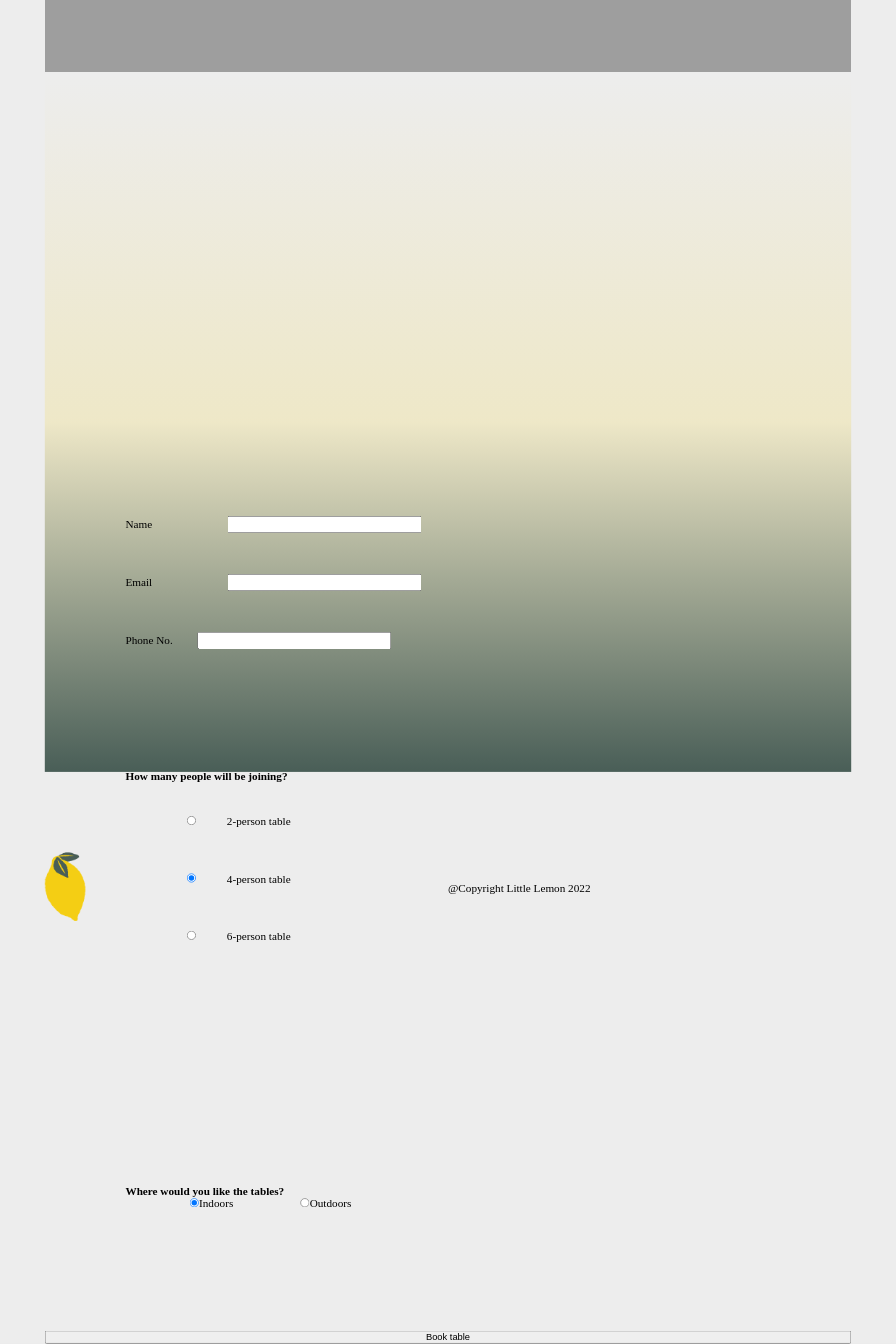
Repository: klone007/littleLemon
Page: index.html
An editor plug-in stored every save of this project. The page is shown before and after a run of saves, followed by the edit.
The browser window is 1280 px wide. The pictures show the part of the page from y = 2864 to 4784 px (the page is 4784 px tall), at 70% of full size.
Pictures or frames that could not be fetched are drawn as grey boxes. A picture or video elsewhere on the page could not be fetched, so the positions and the page height are approximate. Backgrounds fixed to the window are drawn as part of the page.

Above is the page before, as saved 2022-11-17 13:41:07.

After the next 3 saves:
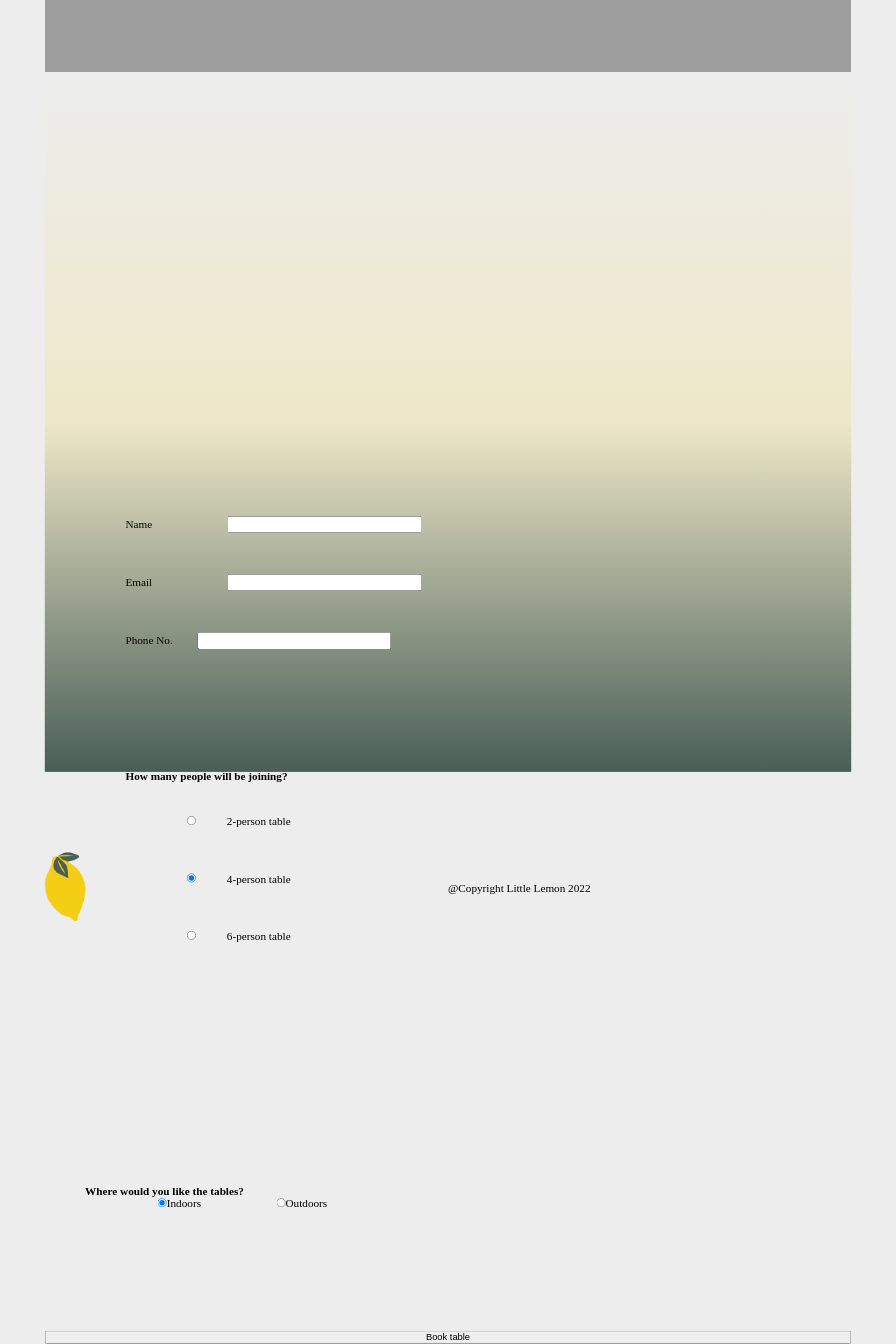
The 3 saves are shown as one change because they came seconds apart.
The last was saved 21 s later.
--- a/styles.css
+++ b/styles.css
@@ -536,5 +536,5 @@
 
 #location{
     border:0;
-    margin: 15% 10%;
-}
+    margin: 15% 5%;
+}
